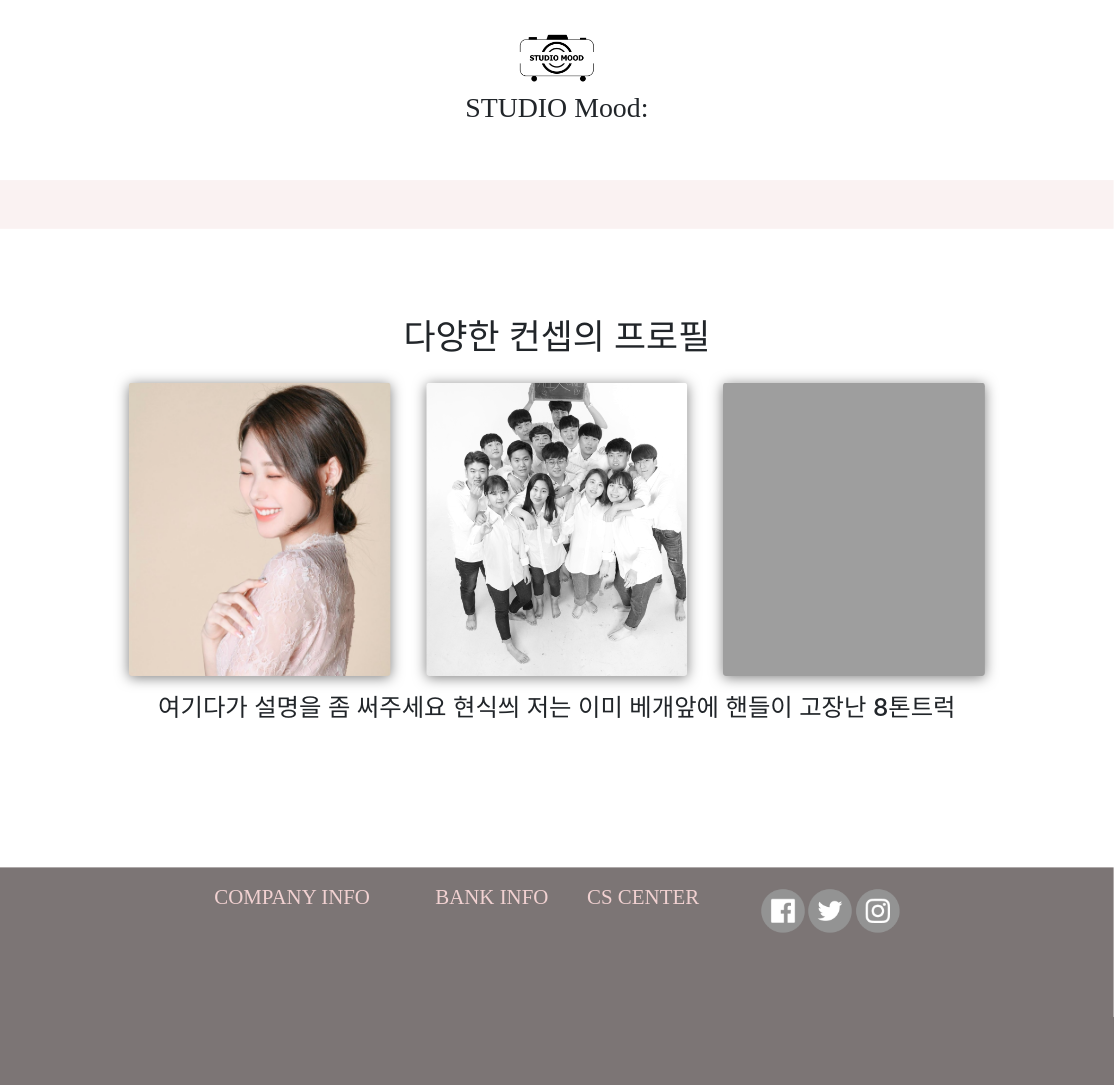
Repository: seugju/HSDsemi
Page: http://localhost/studioMood/views/product/product.jsp
An editor plug-in stored every save of this project. The page is shown before and after the next save, followed by the edit.
The browser window is 1280 px wide. The pictures show the whole page, at 87% of full size.
Pictures or frames that could not be fetched are drawn as grey boxes. Some web fonts or font styles are not loaded; a fallback is used. The page is served by Tomcat 9.

Above is the page before, as saved 2020-12-02 16:13:19.

After the next save:
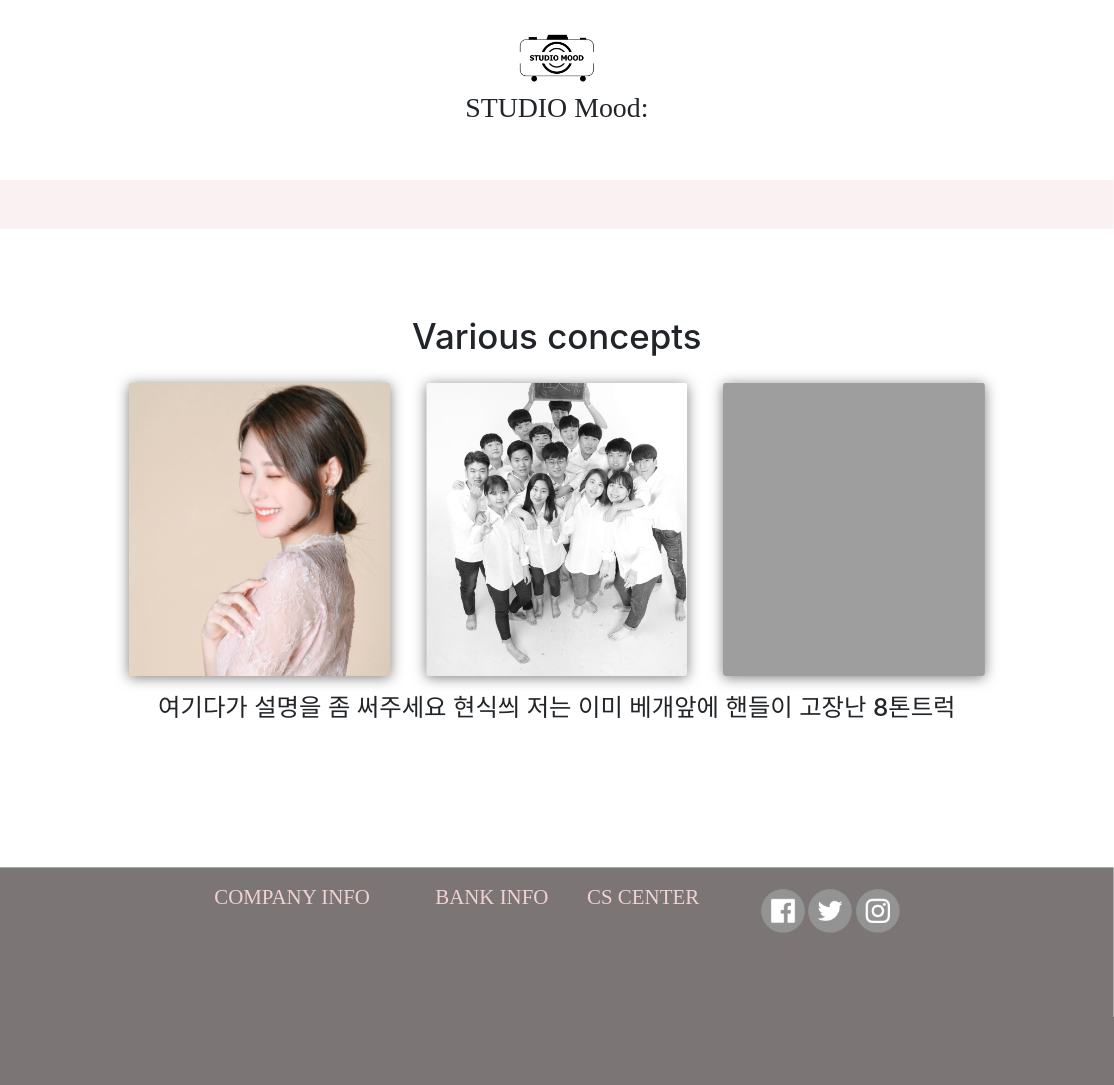
Saved 4 min 19 s later.
--- a/project-workspace/studioMood/WebContent/views/product/product.jsp
+++ b/project-workspace/studioMood/WebContent/views/product/product.jsp
@@ -187,7 +187,9 @@
 <body>
 <%@ include file="/WEB-INF/views/common/header.jsp" %>
 <div class="explain-content">
-	<h1 class="text-center">다양한 컨셉의 프로필</h1>
+	<h1 class="text-center">
+Various concepts
+</h1>
 
 <div class="pricing-box-container">
 	<div id="indiv" class="pricing-box text-center">
